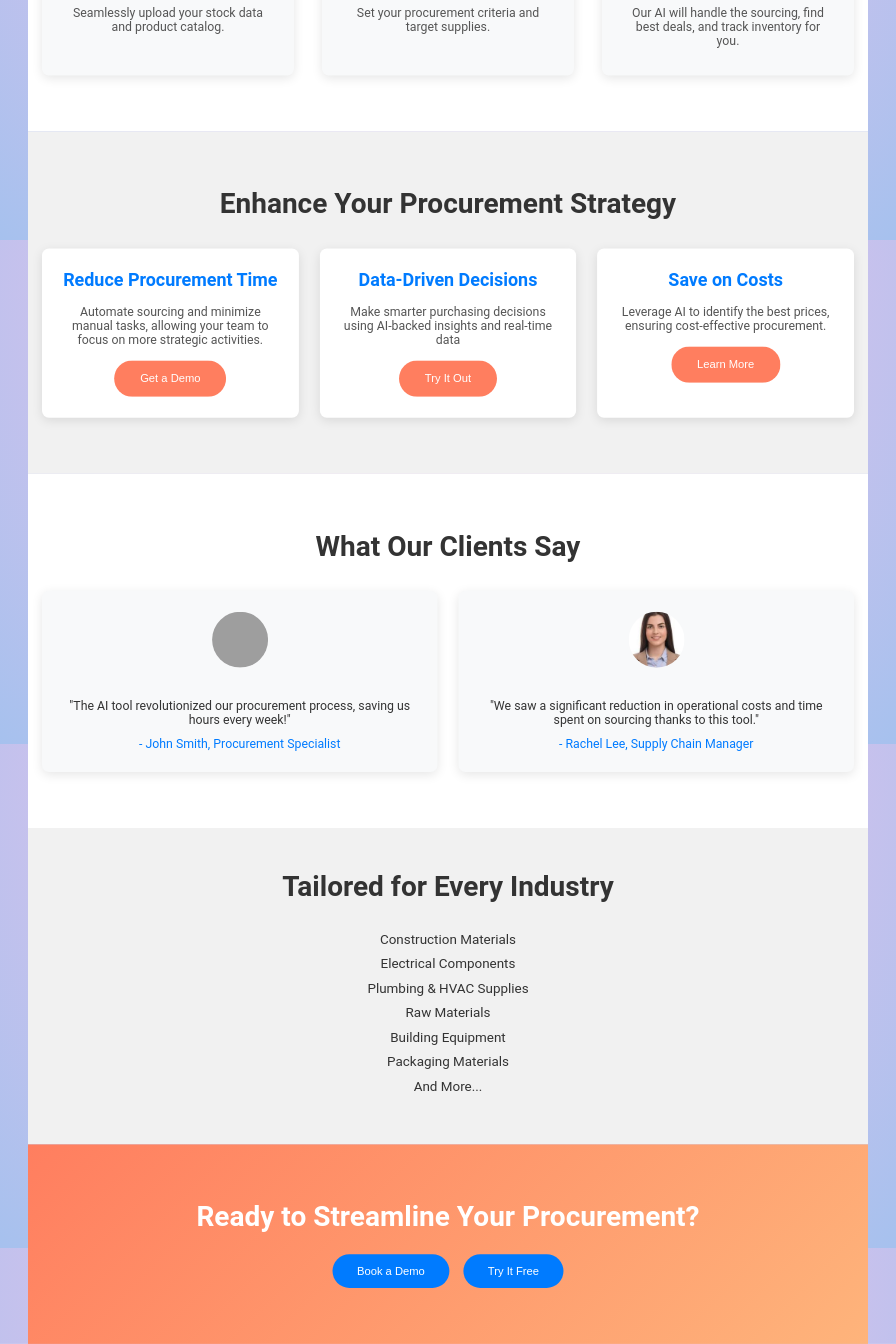
Repository: aabhashbasnet/SSNCorporation
Page: /who-we-serve/suppliers
The author's editor kept a copy of each file at every save. The page is drawn from the files as they stood at one save, then again after the next save.
The browser window is 1280 px wide. The pictures show the part of the page from y = 1097 to 3017 px (the page is 3017 px tall before and 2905 px after), at 70% of full size.
Pictures or frames that could not be fetched are drawn as grey boxes. The project was rebuilt for these pictures with package versions that can differ from the ones it lists, and the page was loaded fresh each time. Also part of the build but not shown: src/components/Main/Main.jsx, src/components/Working/Working.css, src/components/Working/Working.jsx, src/components/Footer/Footer.jsx, src/pages/OurMission/OurMission.jsx, src/pages/LoginSignUp/LoginSignUp.css, src/pages/LoginSignUp/LoginSignUp.jsx, src/pages/Industries/Industries.jsx and 8 more.

Above is the page before, as saved 2025-02-11 13:37:49.

After the next save:
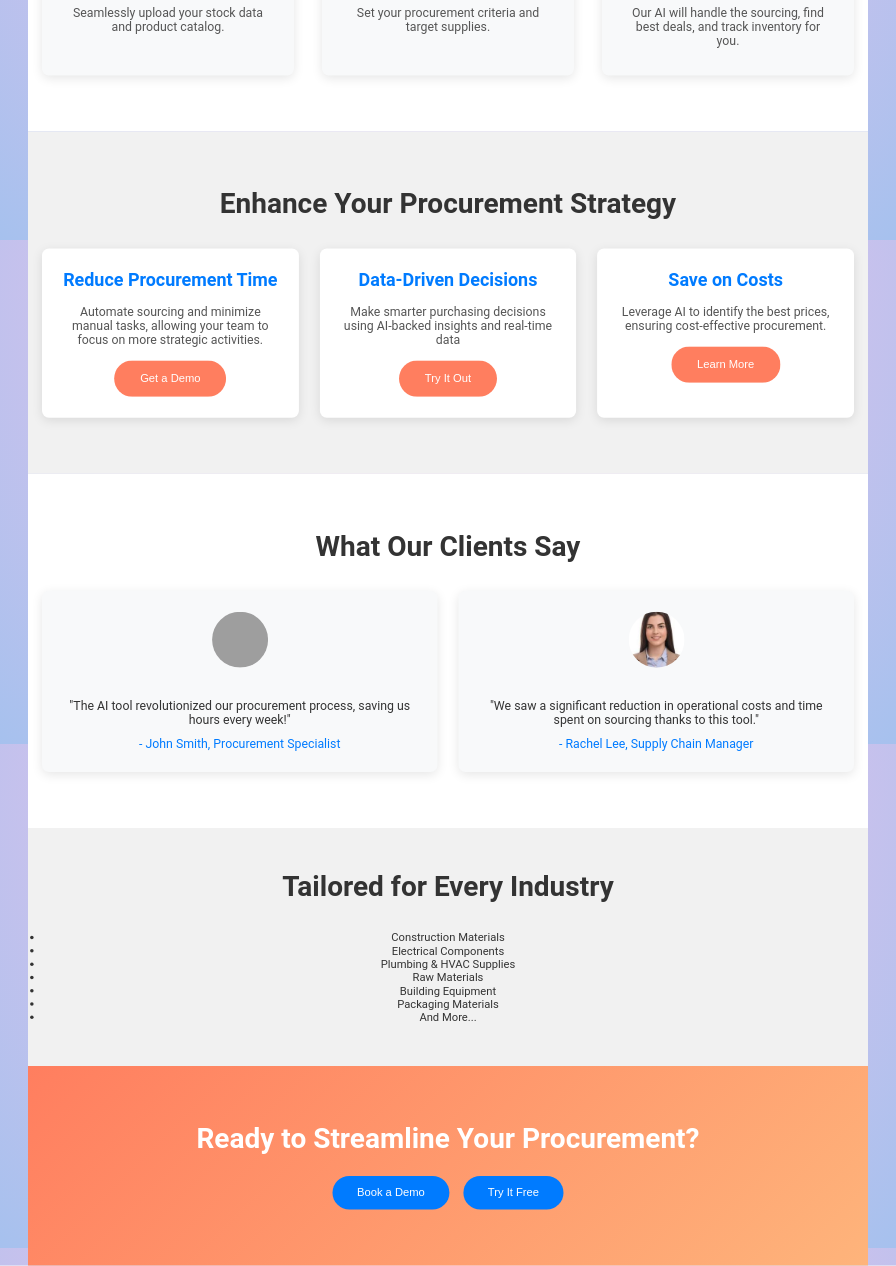
Saved 85 s later.
--- a/src/pages/WhoWeServe/Suppliers.css
+++ b/src/pages/WhoWeServe/Suppliers.css
@@ -306,6 +306,7 @@
 }
 
 /* Categories Section */
+/* Categories Section */
 .supplier-section .categories {
   padding: 60px 20px;
   background-color: #f1f1f1;
@@ -317,17 +318,51 @@
   font-size: 2.5rem;
   color: #333;
   margin-bottom: 40px;
-}
-
-.supplier-section .categories ul {
-  list-style-type: none;
-  padding: 0;
-  font-size: 1.2rem;
-}
-
-.supplier-section .categories ul li {
-  color: #333;
-  margin-bottom: 12px;
+  font-weight: 600;
+}
+
+.supplier-section .categories .category-container {
+  display: grid;
+  grid-template-columns: repeat(auto-fill, minmax(200px, 1fr));
+  gap: 30px;
+  justify-items: center;
+  padding: 20px;
+}
+
+.supplier-section .categories .category-box {
+  background-color: #fff;
+  padding: 20px;
+  border-radius: 10px;
+  box-shadow: 0 4px 15px rgba(0, 0, 0, 0.1);
+  text-align: center;
+  transition: transform 0.3s ease, box-shadow 0.3s ease;
+  cursor: pointer;
+  width: 100%;
+  max-width: 200px;
+}
+
+.supplier-section .categories .category-box:hover {
+  transform: translateY(-10px);
+  box-shadow: 0 6px 20px rgba(0, 0, 0, 0.1);
+}
+
+.supplier-section .categories .category-box h3 {
+  font-size: 1.4rem;
+  color: #007bff;
+  margin-bottom: 15px;
+  font-weight: 600;
+}
+
+.supplier-section .categories .category-box p {
+  font-size: 1.1rem;
+  color: #555;
+  margin-bottom: 20px;
+}
+
+.supplier-section .categories .category-box img {
+  max-width: 100%;
+  border-radius: 5px;
+  margin-bottom: 10px;
 }
 
 /* Final CTA Section */

After the save that followed:
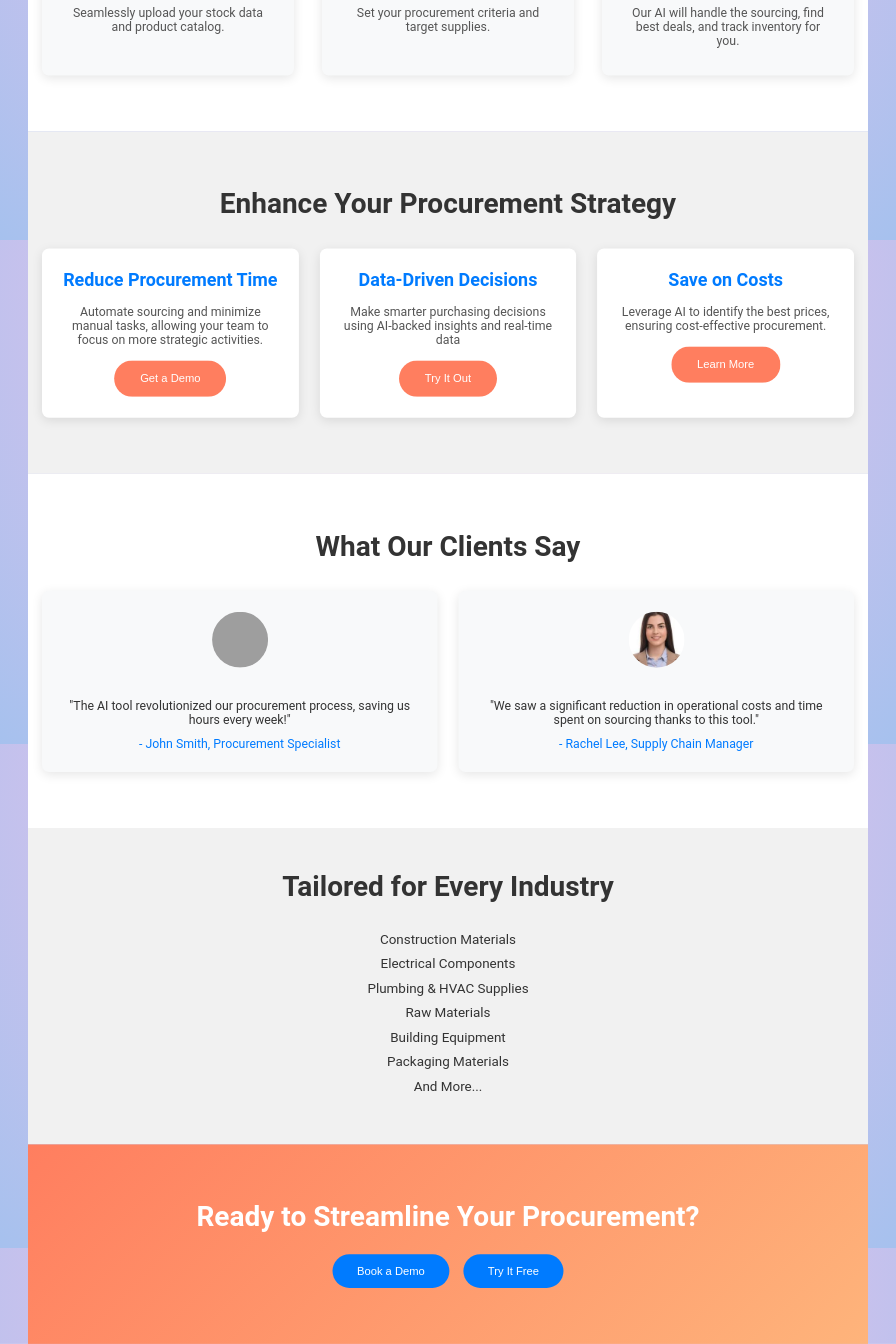
Saved 18 s later.
--- a/src/pages/WhoWeServe/Suppliers.css
+++ b/src/pages/WhoWeServe/Suppliers.css
@@ -306,7 +306,6 @@
 }
 
 /* Categories Section */
-/* Categories Section */
 .supplier-section .categories {
   padding: 60px 20px;
   background-color: #f1f1f1;
@@ -318,51 +317,17 @@
   font-size: 2.5rem;
   color: #333;
   margin-bottom: 40px;
-  font-weight: 600;
-}
-
-.supplier-section .categories .category-container {
-  display: grid;
-  grid-template-columns: repeat(auto-fill, minmax(200px, 1fr));
-  gap: 30px;
-  justify-items: center;
-  padding: 20px;
-}
-
-.supplier-section .categories .category-box {
-  background-color: #fff;
-  padding: 20px;
-  border-radius: 10px;
-  box-shadow: 0 4px 15px rgba(0, 0, 0, 0.1);
-  text-align: center;
-  transition: transform 0.3s ease, box-shadow 0.3s ease;
-  cursor: pointer;
-  width: 100%;
-  max-width: 200px;
-}
-
-.supplier-section .categories .category-box:hover {
-  transform: translateY(-10px);
-  box-shadow: 0 6px 20px rgba(0, 0, 0, 0.1);
-}
-
-.supplier-section .categories .category-box h3 {
-  font-size: 1.4rem;
-  color: #007bff;
-  margin-bottom: 15px;
-  font-weight: 600;
-}
-
-.supplier-section .categories .category-box p {
-  font-size: 1.1rem;
-  color: #555;
-  margin-bottom: 20px;
-}
-
-.supplier-section .categories .category-box img {
-  max-width: 100%;
-  border-radius: 5px;
-  margin-bottom: 10px;
+}
+
+.supplier-section .categories ul {
+  list-style-type: none;
+  padding: 0;
+  font-size: 1.2rem;
+}
+
+.supplier-section .categories ul li {
+  color: #333;
+  margin-bottom: 12px;
 }
 
 /* Final CTA Section */
